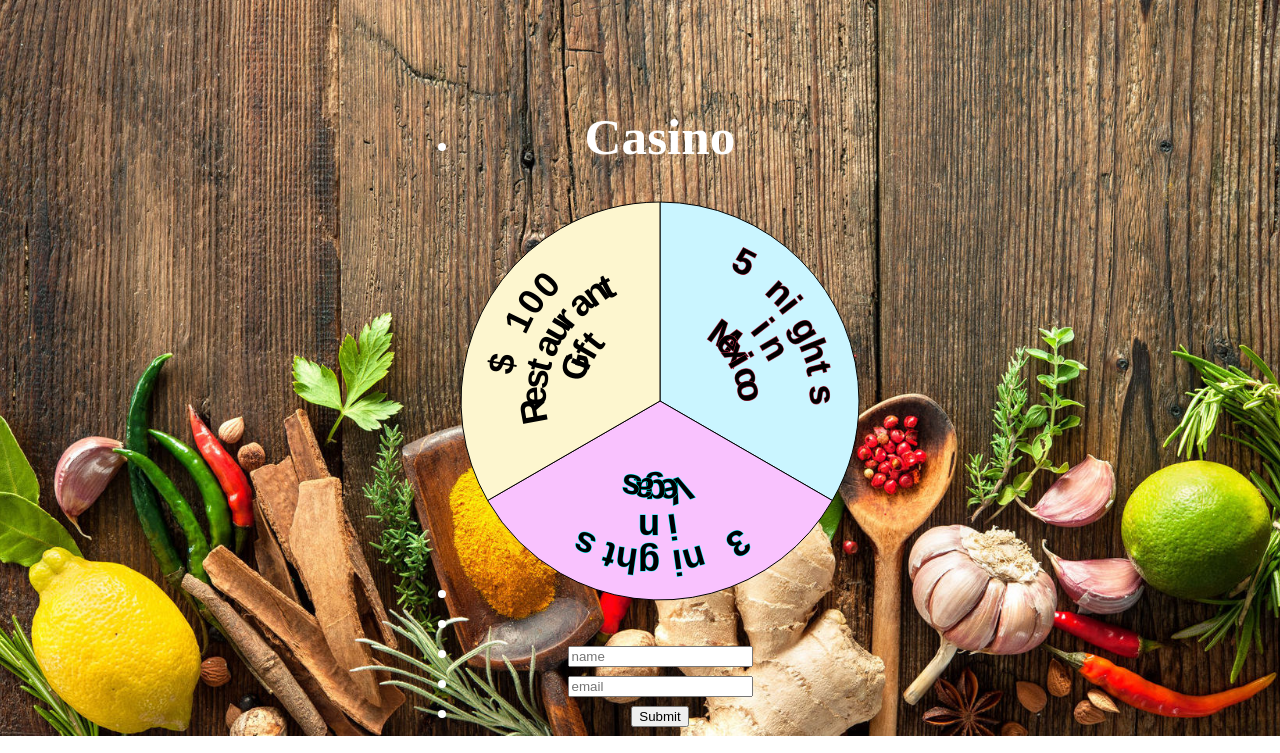
Repository: 43320888/upwork
Page: index.html
The author's editor kept a copy of each file at every save. The page is drawn from the files as they stood at one save, then again after the next save.
The browser window is 1280 px wide. The pictures show the whole page.

Above is the page before, as saved 2019-01-16 21:35:15.

### index.html
<!DOCTYPE html>
<html lang="en">
<head>
	<meta charset="UTF-8">
	<meta name="viewport" content="width=device-width, initial-scale=1.0">
	<meta http-equiv="X-UA-Compatible" content="ie=edge">
	<link rel="stylesheet" href="style.css">
	<script src="Winwheel.min.js"></script>
	<title>Spin wheel</title>
</head>
<body class="spin-table">
	<div><ul>
	<li><h1>Casino</h1></li>
	<li><canvas id="canvas3" width="400" height="400"></canvas></li>
	<li><script src="script.js"></script></li>
	<li><input type="text" placeholder="name"></li>
	<li><input type="text" placeholder="email"></li>
	<li><input type="submit" placeholder="submit"></li>
	</ul></div>
</body>
</html>

### style.css
.spin-table {
	background-image: url(images/Covers.jpg);
	background-position: center center;
	background-repeat: no-repeat;
	background-size: cover;
	color: white;
	font-size: 1.6em
}
.spin-table > div {
	margin-left: 50%;
	transform: translateX(-50%);
	text-align: center;
	display: inline-block;
}
.ul > li {
	list-style-type: none;
	text-decoration: none
}

### script.js
/* eslint-disable quote-props */
// eslint-disable-next-line no-unused-vars, no-undef
const theWheel3 = new Winwheel({
	'canvasId': 'canvas3',
	'numSegments': 3,
	'textAlignment': 'outer',
	'textFontWeight': 'bold',
	'textFontSize': '36',
	'textOrientation': 'curved',
	'segments': [
		{ 'textStrokeStyle': 'rgb(200, 50, 75)', 'fillStyle': '#caf5ff', 'text': '5 nights\n in \nMexico' },
		{ 'textStrokeStyle' : 'aqua', 'fillStyle': '#f9c2fe', 'text': '3 nights\nin\nVegas' },
		{ 'fillStyle': '#fdf6cf', 'text': '$ 100\nRestaurant\nGift' },
	],
});

function alignContent() {
	document.getElementsByClassName('spin-table')[0].style.height = `${document.documentElement.clientHeight}px`;
	document.getElementsByClassName('spin-table')[0].firstElementChild.style.marginTop = `${document.getElementsByClassName('spin-table')[0].clientHeight / 2 - document.getElementsByClassName('spin-table')[0].firstElementChild.clientHeight / 2}px`;
}
alignContent();
window.onresize = alignContent;

Loaded but not shown: Winwheel.min.js (library)

After the next save:
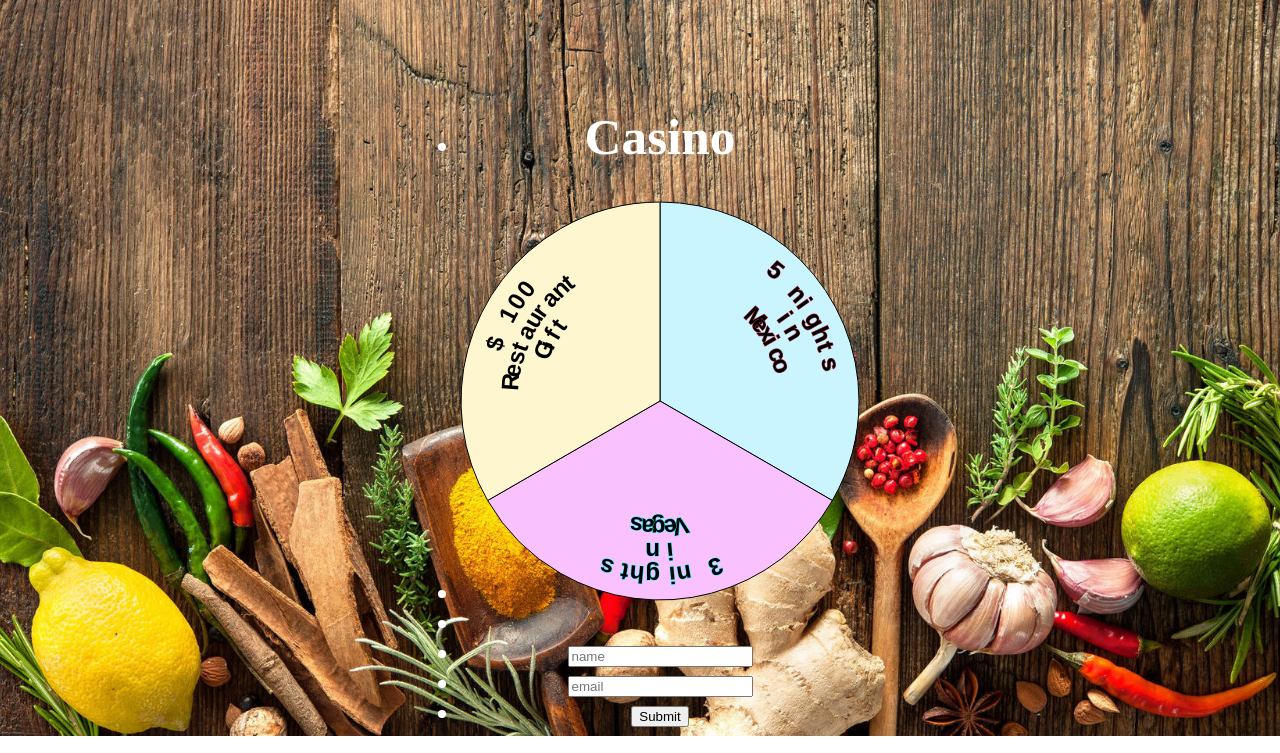
Saved 10 s later.
--- a/script.js
+++ b/script.js
@@ -5,7 +5,7 @@ const theWheel3 = new Winwheel({
 	'numSegments': 3,
 	'textAlignment': 'outer',
 	'textFontWeight': 'bold',
-	'textFontSize': '36',
+	'textFontSize': '24',
 	'textOrientation': 'curved',
 	'segments': [
 		{ 'textStrokeStyle': 'rgb(200, 50, 75)', 'fillStyle': '#caf5ff', 'text': '5 nights\n in \nMexico' },
